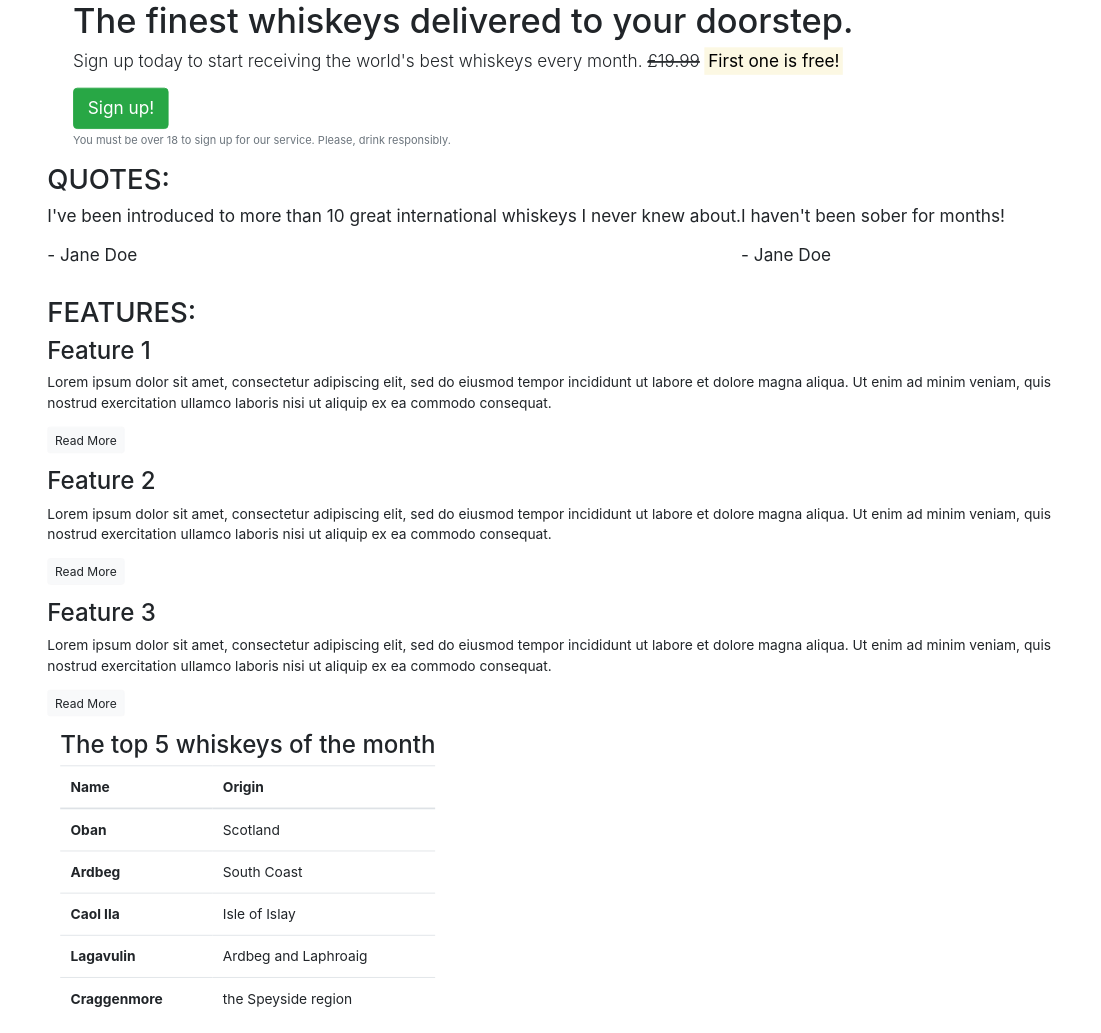
Repository: hidayatmansuri/BootStrap
Page: index.html
The author's editor kept a record of every edit. The page is drawn from the files as they stood at one moment, then again after the next edit.
The browser window is 1280 px wide. The pictures show the whole page, at 86% of full size.

Above is the page before.

### index.html
<!DOCTYPE html>
<html lang="en-us">

<head>
    <meta charset="utf-8">
    <meta name="viewport" content="width=device-width, initial-scale=1.0">
    <meta http-equiv="X-UA-Compatible" content="ie=edge">
    <title>Whiskey Drop | Taste a new whiskey every month</title>
    <link rel="stylesheet" href="https://maxcdn.bootstrapcdn.com/bootstrap/4.1.3/css/bootstrap.min.css">
</head>

<body>
    <article class="container">
        <!-- Callout -->
        <div class="row">
            <div class="col-12">
            <section class="callout">
                <h1>The finest whiskeys delivered to your doorstep.</h1>
                <p class="lead">Sign up today to start receiving the world's best whiskeys every month.
                <s>£19.99</s> <strong><mark>First one is free!</mark></strong></p>
                <button class="btn btn-success btn-lg">Sign up!</button>
                <p class="text-muted"><small>You must be over 18 to sign up for our service. Please, drink responsibly.</small></p>
            </section>
        </div>
        <!-- /.callout -->
        <hr>

        <!-- Quotes -->
        <section class="quotes">
            <div class="row">
            <h2 class="text-uppercase">Quotes:</h2>
            </div>
            <div class="row">
                <blockquote class="blockquote">
                    <p>I've been introduced to more than 10 great international whiskeys I never knew about.</p>
                    <p>- Jane Doe</p>
                </blockquote>
                <blockquote class="blockquote">
                    <p>I haven't been sober for months!</p>
                    <p>- Jane Doe</p>
                </blockquote>
            </div>
        </section>
        <!-- /.quotes -->
        <hr>

        <!-- Features -->
        <section class="features">
            <div class="row">
                <h2 class="text-uppercase">Features:</h2>
            </div>
            <div class="row">
                <div class="feature">
                    <h3>Feature 1</h3>
                    <p>Lorem ipsum dolor sit amet, consectetur adipiscing elit, sed do eiusmod tempor incididunt ut labore et dolore magna aliqua. Ut enim ad minim veniam, quis nostrud exercitation ullamco laboris nisi ut aliquip ex ea commodo consequat.</p>
                    <p><a class ="btn btn-sm btn-light">Read More</a></p>
                </div>
                <div class="feature">
                    <h3>Feature 2</h3>
                    <p>Lorem ipsum dolor sit amet, consectetur adipiscing elit, sed do eiusmod tempor incididunt ut labore et dolore magna aliqua. Ut enim ad minim veniam, quis nostrud exercitation ullamco laboris nisi ut aliquip ex ea commodo consequat.</p>
                    <p><a class ="btn btn-sm btn-light">Read More</a></p>
                </div>
                <div class="feature">
                    <h3>Feature 3</h3>
                    <p>Lorem ipsum dolor sit amet, consectetur adipiscing elit, sed do eiusmod tempor incididunt ut labore et dolore magna aliqua. Ut enim ad minim veniam, quis nostrud exercitation ullamco laboris nisi ut aliquip ex ea commodo consequat.</p>
                    <p><a class ="btn btn-sm btn-light">Read More</a></p>
                </div>
            </div>
        </section>
        <!-- /.features -->
        <section class="center">
            <h3>The top 5 whiskeys of the month</h3>
        <table class="table">
                <thead>
                <tr>
                  <th scope="col">Name</th>
                  <th scope="col">Origin</th>
                </tr>
                </thead>
                <tbody>
                <tr>
                  <th>Oban</th>
                  <td>Scotland</td>
                </tr>
                <tr>
                  <th>Ardbeg</th>
                  <td>South Coast</td>
                </tr>
                <tr>
                  <th>Caol Ila</th>
                  <td>Isle of Islay</td>
                </tr>
                <tr>
                  <th>Lagavulin</th>
                  <td>Ardbeg and Laphroaig</td>
                </tr>
                <tr>
                  <th>Craggenmore</th>
                  <td>the Speyside region</td>
                </tr>
              </tbody>
        </table>
        </section>
    </article>
</body>

</html>

After the next edit:
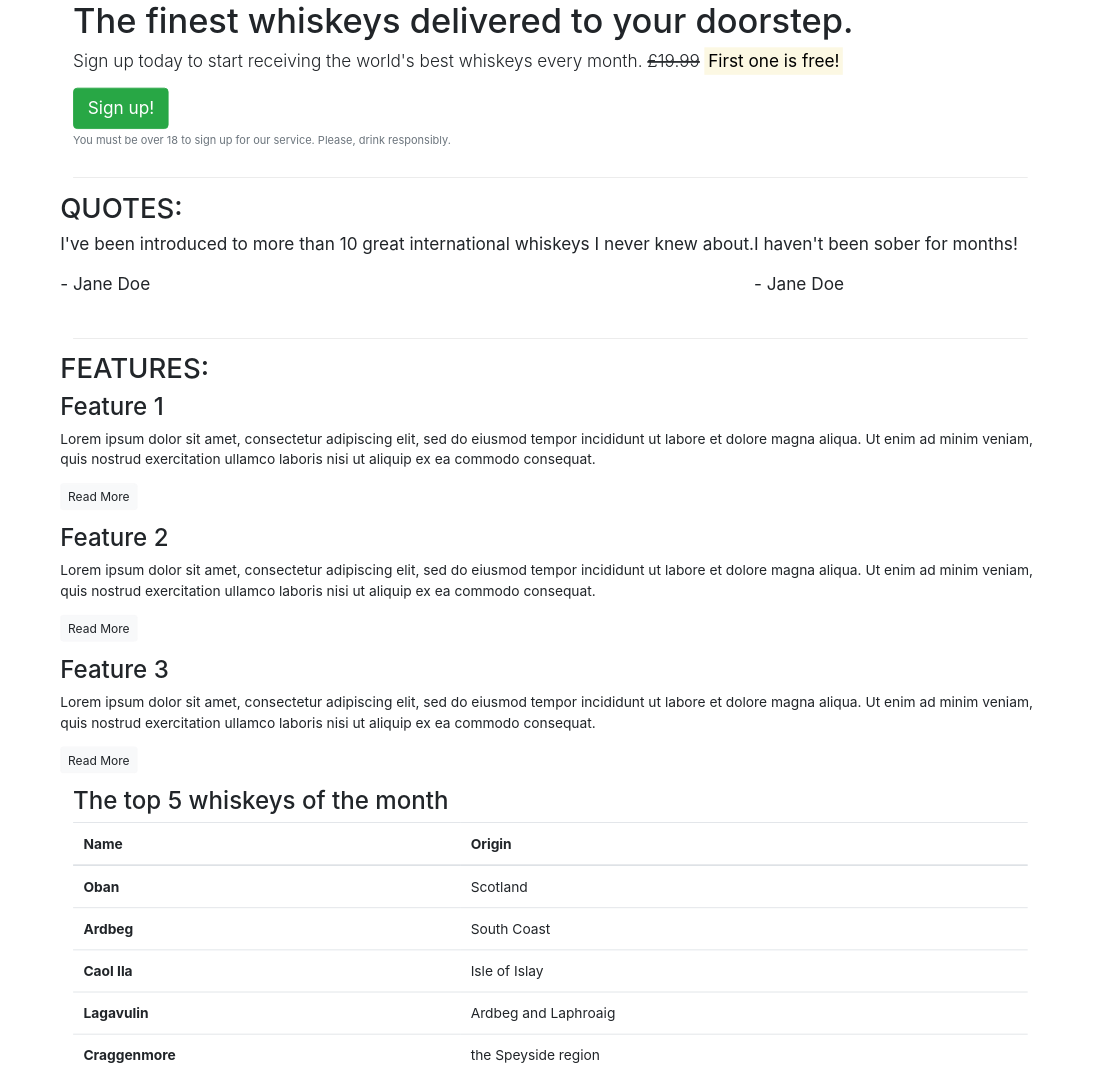
The edit:
--- a/index.html
+++ b/index.html
@@ -14,13 +14,14 @@
         <!-- Callout -->
         <div class="row">
             <div class="col-12">
-            <section class="callout">
-                <h1>The finest whiskeys delivered to your doorstep.</h1>
-                <p class="lead">Sign up today to start receiving the world's best whiskeys every month.
-                <s>£19.99</s> <strong><mark>First one is free!</mark></strong></p>
-                <button class="btn btn-success btn-lg">Sign up!</button>
-                <p class="text-muted"><small>You must be over 18 to sign up for our service. Please, drink responsibly.</small></p>
-            </section>
+                <section class="callout">
+                    <h1>The finest whiskeys delivered to your doorstep.</h1>
+                    <p class="lead">Sign up today to start receiving the world's best whiskeys every month.
+                    <s>£19.99</s> <strong><mark>First one is free!</mark></strong></p>
+                    <button class="btn btn-success btn-lg">Sign up!</button>
+                    <p class="text-muted"><small>You must be over 18 to sign up for our service. Please, drink responsibly.</small></p>
+                </section>
+            </div>
         </div>
         <!-- /.callout -->
         <hr>
